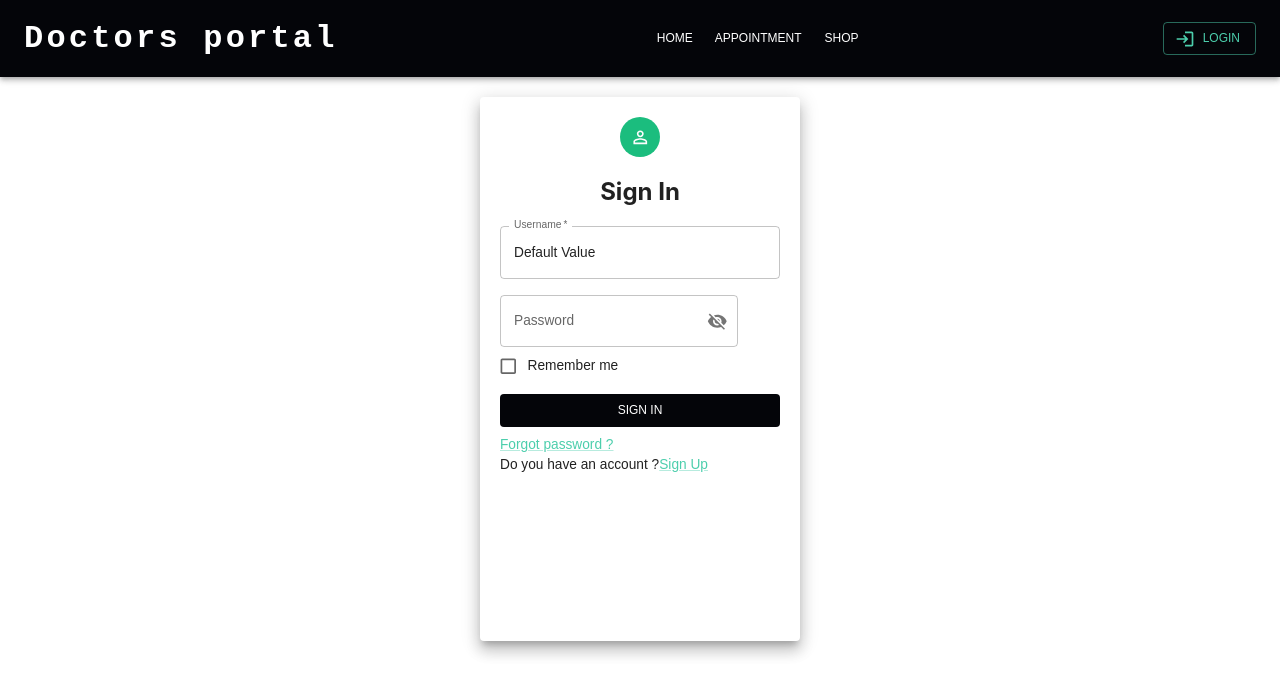
Repository: mdrubel02/health-care
Page: /login
An editor plug-in stored every save of this project. The page is shown before and after the next save, followed by the edit.
The browser window is 1280 px wide. The pictures show the whole page.
The project was rebuilt for these pictures with package versions that can differ from the ones it lists, and the page was loaded fresh each time. Also part of the build but not shown: src/Pages/Appointment/Appointment.js, src/Pages/Home/Banner/Banner.js, src/Pages/Home/Information/Information.js, src/Pages/Home/Services/Services.js, src/Pages/Home/Home.js, src/Animation/index.js, src/Styles/Product/index.js, src/Pages/Shop/ProductMeta.js and 3 more.

Above is the page before, as saved 2022-11-20 17:57:00.

### src/index.js
import React from 'react';
import ReactDOM from 'react-dom';
import './index.css';
import App from './App';
import reportWebVitals from './reportWebVitals';
import { ColorContextProvider } from './Theme/Theme';

ReactDOM.render(
  <React.StrictMode>
    <ColorContextProvider>
      <App />
    </ColorContextProvider>
  </React.StrictMode>,
  document.getElementById('root')
);

// If you want to start measuring performance in your app, pass a function
// to log results (for example: reportWebVitals(console.log))
// or send to an analytics endpoint. Learn more: https://bit.ly/CRA-vitals
reportWebVitals();

### src/App.js
import { RouterProvider } from 'react-router-dom';
import router from './Layout/router';

function App() {
  return (
    <div>
     <RouterProvider router={router}></RouterProvider>
    </div>
  );
}

export default App;

### src/Theme/Theme.js
import { createTheme, ThemeProvider } from "@mui/material";
import { createContext, useMemo, useState } from "react";

// color design tokens export
export const DrawerWidth = 250;
export const tokens = (mode) => ({
    ...(mode === "dark"
        ? {
            grey: {
                100: "#e0e0e0",
                200: "#c2c2c2",
                300: "#a3a3a3",
                400: "#858585",
                500: "#666666",
                600: "#525252",
                700: "#3d3d3d",
                800: "#292929",
                900: "#141414",
            },
            primary: {
                100: "#d0d1d5",
                200: "#a1a4ab",
                300: "#727681",
                400: "#1F2A40",
                500: "#141b2d",
                600: "#101624",
                700: "#0c101b",
                800: "#080b12",
                900: "#040509",
            },
            greenAccent: {
                100: "#dbf5ee",
                200: "#b7ebde",
                300: "#94e2cd",
                400: "#70d8bd",
                500: "#4cceac",
                600: "#3da58a",
                700: "#2e7c67",
                800: "#1e5245",
                900: "#0f2922",
            },
            redAccent: {
                100: "#f8dcdb",
                200: "#f1b9b7",
                300: "#e99592",
                400: "#e2726e",
                500: "#db4f4a",
                600: "#af3f3b",
                700: "#832f2c",
                800: "#58201e",
                900: "#2c100f",
            },
            blueAccent: {
                100: "#e1e2fe",
                200: "#c3c6fd",
                300: "#a4a9fc",
                400: "#868dfb",
                500: "#6870fa",
                600: "#535ac8",
                700: "#3e4396",
                800: "#2a2d64",
                900: "#151632",
            },
        }
        : {
            grey: {
                100: "#141414",
                200: "#292929",
                300: "#3d3d3d",
                400: "#525252",
                500: "#666666",
                600: "#858585",
                700: "#a3a3a3",
                800: "#c2c2c2",
                900: "#e0e0e0",
            },
            primary: {
                100: "#040509",
                200: "#080b12",
                300: "#0c101b",
                400: "#f2f0f0", // manually changed
                500: "#141b2d",
                600: "#1F2A40",
                700: "#727681",
                800: "#a1a4ab",
                900: "#d0d1d5",
            },
            greenAccent: {
                100: "#0f2922",
                200: "#1e5245",
                300: "#2e7c67",
                400: "#3da58a",
                500: "#4cceac",
                600: "#70d8bd",
                700: "#94e2cd",
                800: "#b7ebde",
                900: "#dbf5ee",
            },
            redAccent: {
                100: "#2c100f",
                200: "#58201e",
                300: "#832f2c",
                400: "#af3f3b",
                500: "#db4f4a",
                600: "#e2726e",
                700: "#e99592",
                800: "#f1b9b7",
                900: "#f8dcdb",
            },
            blueAccent: {
                100: "#151632",
                200: "#2a2d64",
                300: "#3e4396",
                400: "#535ac8",
                500: "#6870fa",
                600: "#868dfb",
                700: "#a4a9fc",
                800: "#c3c6fd",
                900: "#e1e2fe",
            },
        }),
});

// mui theme settings
export const themeSettings = (mode) => {
    const colors = tokens(mode);
    return {
        palette: {
            mode: mode,
            ...(mode === "dark"
                ? {
                    // palette values for dark mode
                    primary: {
                        main: colors.primary[500],
                    },
                    secondary: {
                        main: colors.greenAccent[500],
                    },
                    neutral: {
                        dark: colors.grey[700],
                        main: colors.grey[500],
                        light: colors.grey[100],
                    },
                    background: {
                        default: colors.primary[500],
                    },
                }
                : {
                    // palette values for light mode
                    primary: {
                        main: colors.primary[100],
                    },
                    secondary: {
                        main: colors.greenAccent[500],
                    },
                    neutral: {
                        dark: colors.grey[700],
                        main: colors.grey[500],
                        light: colors.grey[100],
                    },
                    background: {
                        default: "#fcfcfc",
                    },
                }),
        },
        components: {

            MuiButton: {
                defaultProps: {
                    disableRipple: true,
                    disableElevation: true,
                    styleOverrides: {
                        textDecoration: 'none',
                        "&:hover": {
                            color: "#fff"
                        }
                    },
                },
                MuiTooltip: {
                    defaultProps: {
                      arrow: true,
                    },
                    styleOverrides: {
                      tooltip: {
                        background: '',
                      },
                      arrow: {
                        color: '',
                      },
                    },
                  },
            },
            MuiDrawer: {
                styleOverrides: {
                  paper: {
                    width: DrawerWidth,
                    background: '',
                    color: '',
                    borderRadius: '0px 100px 0px 0px',
                    borderRight: `1px solid `
                  }
                }
              },
              MuiDivider: {
                styleOverrides: {
                  root: {
                    borderColor: 'gray'
                  }
                }
              },
        },
        typography: {
            fontFamily: ["Source Sans Pro", "sans-serif"].join(","),
            fontSize: 12,
            h1: {
                fontFamily: ["Source Sans Pro", "sans-serif"].join(","),
                fontSize: 40,
            },
            h2: {
                fontFamily: ["Source Sans Pro", "sans-serif"].join(","),
                fontSize: 32,
            },
            h3: {
                fontSize: '1.3rem',
                letterSpacing: '0rem',
                '@media (min-width:600px)': {
                  fontSize: '2rem',
                },
            },
            h4: {
                fontFamily: ["Source Sans Pro", "sans-serif"].join(","),
                fontSize: 20,
            },
            h5: {
                fontFamily: ["Source Sans Pro", "sans-serif"].join(","),
                fontSize: 16,
            },
            h6: {
                fontFamily: ["Source Sans Pro", "sans-serif"].join(","),
                fontSize: 14,
            },
        },
    };
};

export const ColorModeContext = createContext({
    toggleMode: () => { },
    mode: "light"
})


export const ColorContextProvider = ({ children }) => {
    const [mode, setMode] = useState("light")

    const colorMode = useMemo(() => ({
        toggleMode: () => setMode(prevMode => prevMode === "light" ? "dark" : "light"),
        mode
    }), [mode])
    const theme = useMemo(() => createTheme(themeSettings(mode)), [mode]);

    return (
        <ColorModeContext.Provider value={colorMode}>
            <ThemeProvider theme={theme}>
                {children}
            </ThemeProvider>
        </ColorModeContext.Provider>
    )
}

### src/Layout/router.js
import { createBrowserRouter } from "react-router-dom";
import Appointment from "../Pages/Appointment/Appointment";
import Home from "../Pages/Home/Home";
import Login from "../Pages/Login/Login";
import Shop from "../Pages/Shop/Shop";
import Main from "./Main";


const router = createBrowserRouter([{
    path: '/',
    element: <Main/>,
    children: [
        {path: '/',element: <Home/>},
        {path: '/home',element: <Home/>},
        {path: '/appointment',element: <Appointment/>},
        {path: '/shop',element: <Shop/>},
        {path: '/login',element: <Login/>},
    ]
}])
export default router;

### src/Pages/Login/Login.js
import { Avatar, Button, Checkbox, FormControl, FormControlLabel, Grid, IconButton, InputAdornment, InputLabel, Link, OutlinedInput, Paper, styled, TextField, Typography } from '@mui/material';
import PersonOutlineIcon from '@mui/icons-material/PersonOutline';
import VisibilityOffIcon from '@mui/icons-material/VisibilityOff';
import VisibilityIcon from '@mui/icons-material/Visibility';
import React, { useState } from 'react';



const LoginPaper = styled(Paper)(({ theme }) => ({
    padding: '20px',
    height: '70vh',
    width: '280px',
    margin: '20px auto',
    [theme.breakpoints.down("md")]: {
        height: '40vh',
        marginTop: '0.5rem'
    },
}));
const Login = () => {
    const [values, setValues] = useState({
        amount: '',
        password: '',
        weight: '',
        weightRange: '',
        showPassword: false,
    });
    const handleChange = (prop) => (event) => {
        setValues({ ...values, [prop]: event.target.value });
    };

    const handleClickShowPassword = () => {
        setValues({
            ...values,
            showPassword: !values.showPassword,
        });
    };

    const handleMouseDownPassword = (event) => {
        event.preventDefault();
    };

    // const paperStyle={padding :20,height:'70vh',width:280, margin:"20px auto"}
    const avatarStyle = { backgroundColor: '#1bbd7e' }
    const btnstyle = { margin: '8px 0' }
    return (
        <Grid>
            <LoginPaper elevation={10}
                sx={{ height: '70vh', width: '280px', margin: '20px auto' }}
            >
                <Grid align='center'>
                    <Avatar style={avatarStyle}><PersonOutlineIcon /></Avatar>
                    <h2>Sign In</h2>
                </Grid>
                <form>
                    <TextField color='secondary'
                        id="outlined-multiline-static"
                        label="Username"
                        defaultValue="Default Value"
                        sx={{ paddingBottom: '1rem' }}
                        placeholder='Enter username' fullWidth required />
                    <FormControl variant="outlined">
                        <InputLabel htmlFor="outlined-adornment-password">Password</InputLabel>
                        <OutlinedInput
                            id="outlined-adornment-password"
                            type={values.showPassword ? 'text' : 'password'}
                            value={values.password}
                            onChange={handleChange('password')}
                            endAdornment={
                                <InputAdornment position="end">
                                    <IconButton
                                        aria-label="toggle password visibility"
                                        onClick={handleClickShowPassword}
                                        onMouseDown={handleMouseDownPassword}
                                        edge="end"
                                    >
                                        {values.showPassword ? <VisibilityIcon /> : <VisibilityOffIcon />}
                                    </IconButton>
                                </InputAdornment>
                            }
                            label="Password"
                        />
                    </FormControl>
                    <FormControlLabel
                        control={
                            <Checkbox
                                name="checkedB"
                                color="secondary"
                            />
                        }
                        label="Remember me"
                    />
                    <Button type='submit' color='primary' variant="contained" style={btnstyle} fullWidth>Sign in</Button>
                </form>
                <Typography color={'secondary'}>
                    <Link href="#" color={'secondary'} >
                        Forgot password ?
                    </Link>
                </Typography>
                <Typography > Do you have an account ?
                    <Link href="#" color={'secondary'}>
                        Sign Up
                    </Link>
                </Typography>
            </LoginPaper>
        </Grid>
    );
};

export default Login;

### src/Layout/Main.js
import React from 'react';
import { Outlet } from 'react-router-dom';
import Header from '../Pages/Header/Header';

const Main = () => {
    return (
        <div>
           <Header/>
           <Outlet/>

        </div>
    );
};

export default Main;

### src/Pages/Header/Header.js
import { AppBar, Avatar, Box, Button, Container, IconButton, Menu, MenuItem, Toolbar, Tooltip, Typography, useTheme } from '@mui/material';
import AdbIcon from '@mui/icons-material/Adb';
import MenuIcon from '@mui/icons-material/Menu';
import { Link as RouterLink } from 'react-router-dom';
import React, { useState } from 'react';
import { tokens } from '../../Theme/Theme';
// import { Link } from 'react-router-dom';
import LoginIcon from '@mui/icons-material/Login';
import './Header.css'


const settings = ['Profile', 'Account', 'Dashboard', 'Logout'];

const Header = () => {
    const theme = useTheme();
    const colors = tokens(theme.palette.mode);
    const [anchorElNav, setAnchorElNav] = useState(null);
    const [anchorElUser, setAnchorElUser] = useState(null);

    const items = <React.Fragment>
        <Button sx={{ color: 'white' }} component={RouterLink} to="/home">Home</Button>
        <Button sx={{ color: 'white' }} component={RouterLink} to="/appointment">Appointment</Button>
        <Button sx={{ color: 'white' }} component={RouterLink} to="/shop">Shop</Button>
    </React.Fragment>

    const handleOpenNavMenu = (event) => {
        setAnchorElNav(event.currentTarget);
    };
    const handleOpenUserMenu = (event) => {
        setAnchorElUser(event.currentTarget);
    };

    const handleCloseNavMenu = () => {
        setAnchorElNav(null);
    };

    const handleCloseUserMenu = () => {
        setAnchorElUser(null);
    };
    return (
        <AppBar position="static">
            <Container maxWidth="xl">
                <Toolbar disableGutters>

                    <Typography
                        variant="h3"
                        noWrap
                        component="a"
                        href="/"
                        sx={{
                            mr: 2,
                            display: { xs: 'none', md: 'flex' },
                            fontFamily: 'monospace',
                            fontWeight: 700,
                            letterSpacing: '.2rem',
                            color: 'inherit',
                            textDecoration: 'none',
                        }}
                    >
                        Doctors portal
                    </Typography>

                    <Box className='middle' sx={{ flexGrow: 1, display: { xs: 'flex', md: 'none' }, justifyContent: 'center' }}>
                        <IconButton
                            size="large"
                            aria-label="account of current user"
                            aria-controls="menu-appbar"
                            aria-haspopup="true"
                            onClick={handleOpenNavMenu}
                            color="inherit"
                        >
                            <MenuIcon />
                        </IconButton>
                        <Menu
                            id="menu-appbar"
                            anchorEl={anchorElNav}
                            anchorOrigin={{
                                vertical: 'bottom',
                                horizontal: 'left',
                            }}
                            keepMounted
                            transformOrigin={{
                                vertical: 'top',
                                horizontal: 'left',
                            }}
                            open={Boolean(anchorElNav)}
                            onClose={handleCloseNavMenu}
                            sx={{
                                display: { xs: 'block', md: 'none' },
                            }}
                        >

                            <MenuItem onClick={handleCloseNavMenu}>
                                <Typography variant="h5" sx={{ color: 'withe' }} textAlign="center">{items}</Typography>
                            </MenuItem>

                        </Menu>
                    </Box>

                    <Typography
                        variant="h3"
                        noWrap
                        component="a"
                        href=""
                        sx={{
                            mr: 2,
                            display: { xs: 'flex', md: 'none' },
                            flexGrow: 1,
                            fontFamily: 'monospace',
                            fontWeight: 700,
                            letterSpacing: '.3rem',
                            color: 'inherit',
                            textDecoration: 'none',
                        }}
                    >
                        Doctors portal
                    </Typography>
                    <Box sx={{ flexGrow: 1, display: { xs: 'none', md: 'flex' } }}>

                        <Button

                            onClick={handleCloseNavMenu}
                            sx={{ color: `${colors.grey[400]} !important`, my: 2, display: 'block' }}
                        >
                            {items}
                        </Button>

                    </Box>





                    <Box sx={{ flexGrow: 0 }}>
                        <Button
                            color='secondary'
                            variant="outlined" component={RouterLink} to='/login' startIcon={<LoginIcon />}>
                            Login
                        </Button>
                        {/* <Tooltip title="Open settings">
                            <IconButton onClick={handleOpenUserMenu} sx={{ p: 0 }}>
                                <Avatar alt="Remy Sharp" src="/static/images/avatar/2.jpg" />
                            </IconButton>
                        </Tooltip>
                        <Menu
                            sx={{ mt: '45px' }}
                            id="menu-appbar"
                            anchorEl={anchorElUser}
                            anchorOrigin={{
                                vertical: 'top',
                                horizontal: 'right',
                            }}
                            keepMounted
                            transformOrigin={{
                                vertical: 'top',
                                horizontal: 'right',
                            }}
                            open={Boolean(anchorElUser)}
                            onClose={handleCloseUserMenu}
                        >
                            {settings.map((setting) => (
                                <MenuItem key={setting} onClick={handleCloseUserMenu}>
                                    <Typography textAlign="center">{setting}</Typography>
                                </MenuItem>
                            ))}
                        </Menu> */}
                    </Box>
                </Toolbar>
            </Container>
        </AppBar>
    );
};

export default Header;

### src/Pages/Header/Header.css
.lip{
    color: white;
}
.css-1t6c9ts{
    justify-content: center;
}

Loaded but not shown: public/index.html (common file); src/index.css (common file); src/reportWebVitals.js (common file)

After the next save:
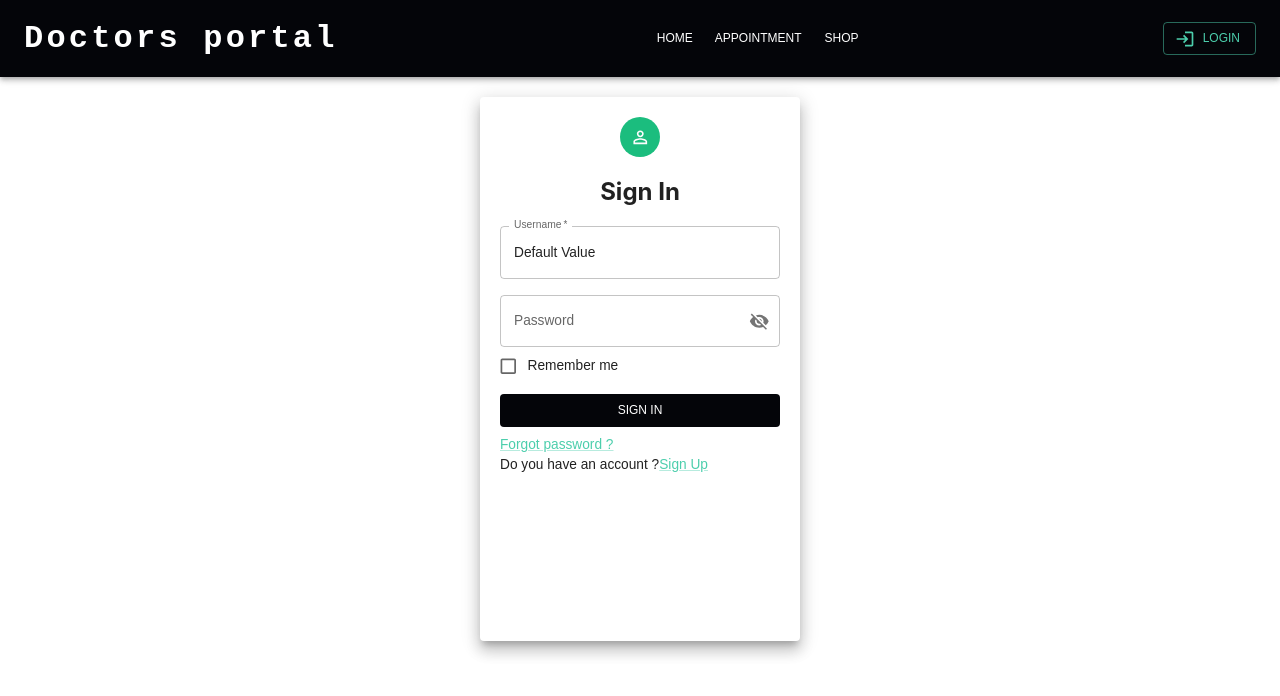
Saved 94 s later.
--- a/src/Pages/Login/Login.js
+++ b/src/Pages/Login/Login.js
@@ -58,7 +58,7 @@ const Login = () => {
                         defaultValue="Default Value"
                         sx={{ paddingBottom: '1rem' }}
                         placeholder='Enter username' fullWidth required />
-                    <FormControl variant="outlined">
+                    <FormControl variant="outlined" fullWidth>
                         <InputLabel htmlFor="outlined-adornment-password">Password</InputLabel>
                         <OutlinedInput
                             id="outlined-adornment-password"
